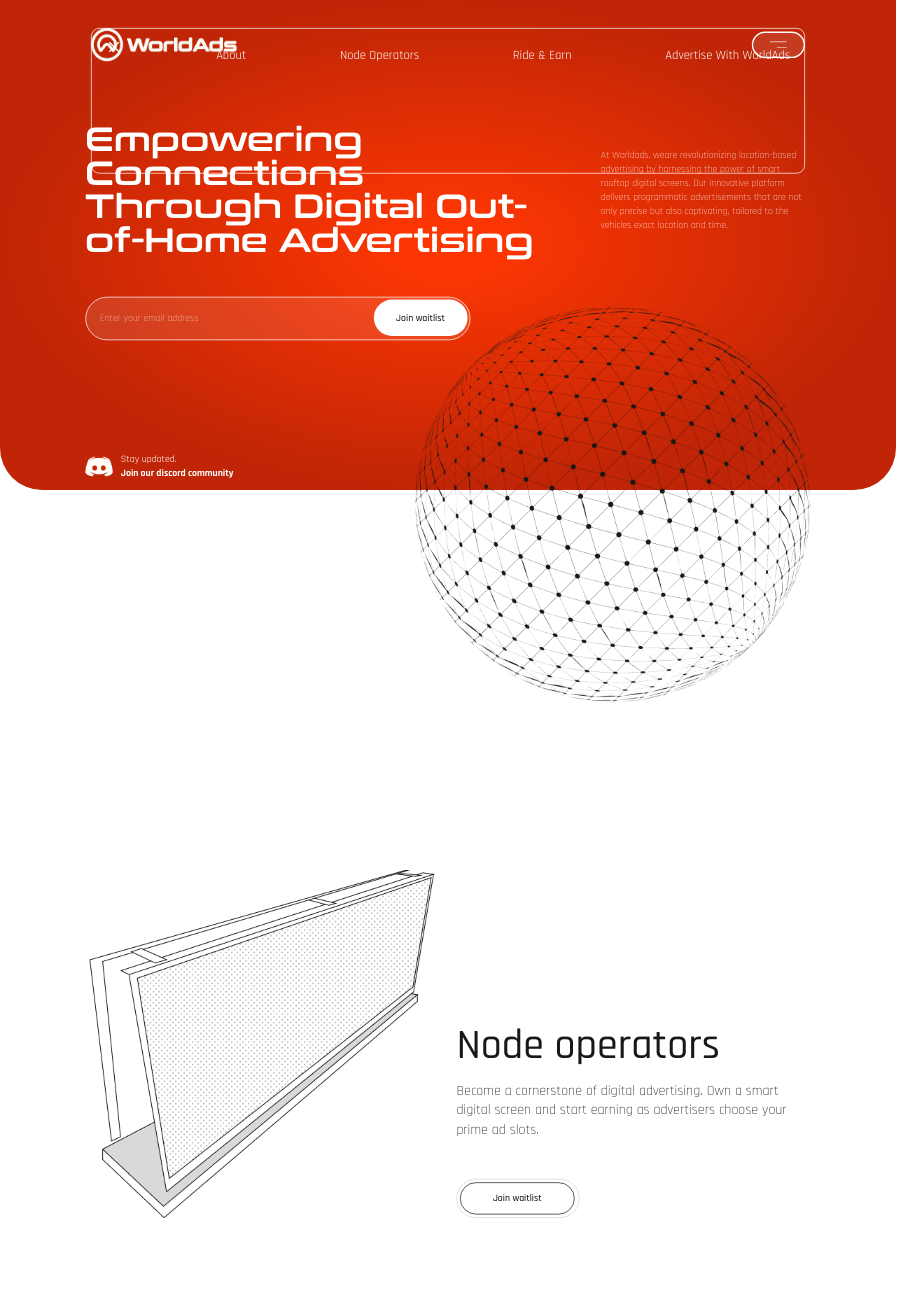
Repository: Abdul-Hannan232/worldAds
Page: /
These files come from the project's save history. The page is drawn as it stood at one moment and after the next save; the edit follows.
The browser window is 1280 px wide. The page is 1283 px wide, so the pictures cover 1283 px, including what lies to the right of the window. The pictures show the part of the page from y = 0 to 1880 px (the page is 3879 px tall), at 70% of full size.
The project was rebuilt for these pictures with package versions that can differ from the ones it lists, and the page was loaded fresh each time. The framework's server and built-in components were replaced by stand-ins that run in the browser. Also part of the build but not shown: next.config.mjs, app/component/NavContent.jsx.

Above is the page before, as saved 2024-05-10 22:27:57.

After the next save:
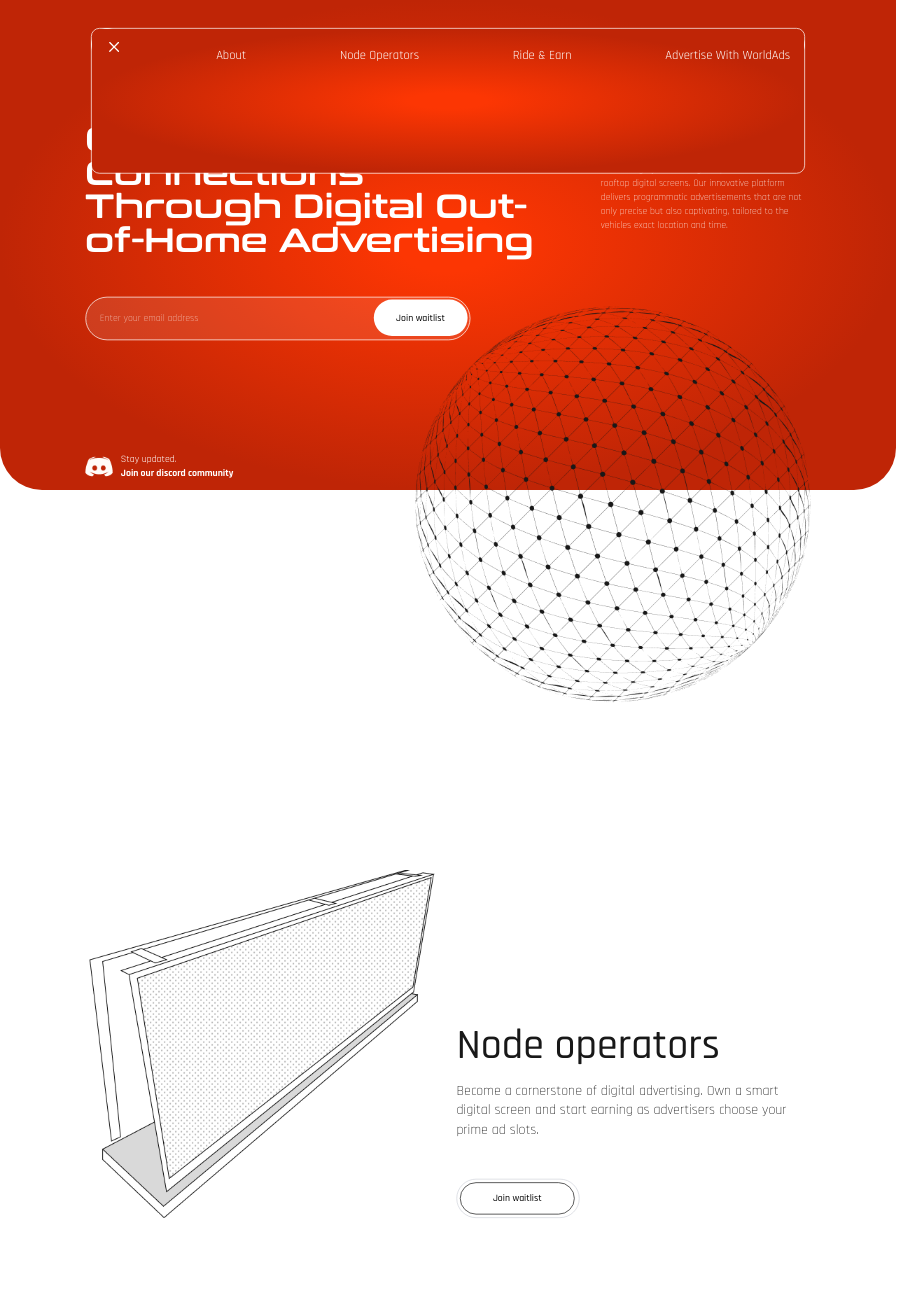
Saved 14 s later.
--- a/app/component/Header.jsx
+++ b/app/component/Header.jsx
@@ -54,7 +54,7 @@ const Header = () => {
                     type="button"
                     onClick={dropDownOpen}
                 >
-                    <div className='w-[100%]  absolute top-0 right-0 left-0 border border-white rounded-xl h-52'>
+                    <div className='w-[100%] gradient-color absolute top-0 right-0 left-0 border border-white rounded-xl h-52'>
                         <ul className="px-5 flex items-center space-y-6 text-center text-lg text-white justify-between">
                             <li><RxCross2 className="text-2xl font-bold" /></li>
                             <li><a href="#">About</a></li>
